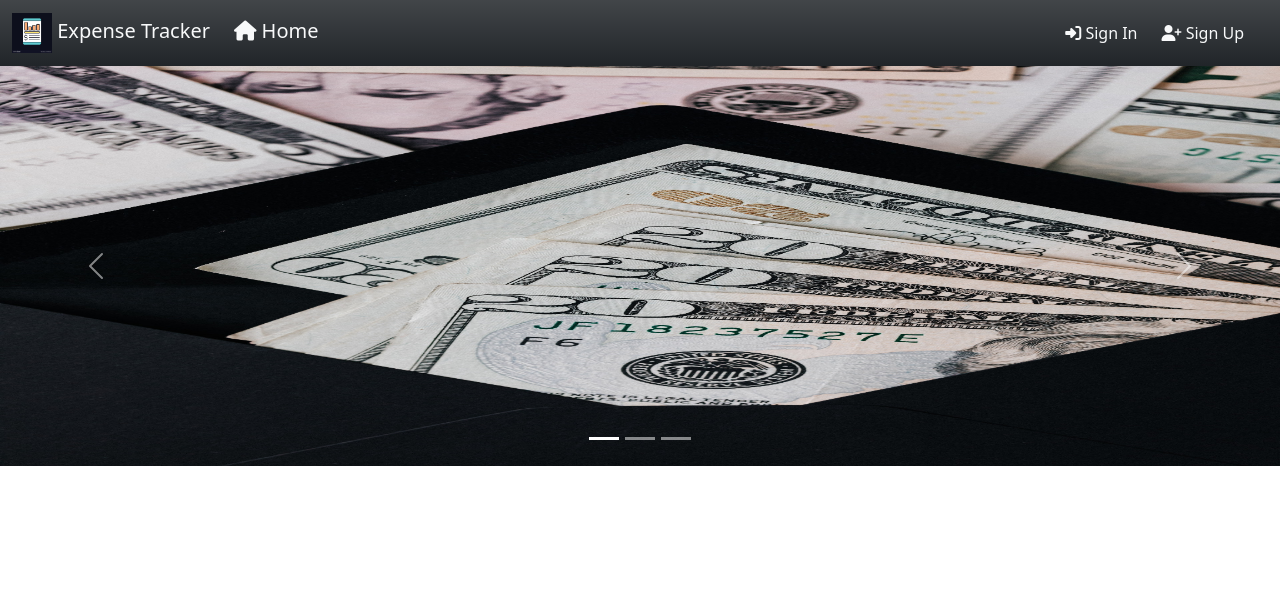
Repository: Gaurav560/OnlineExpenseTracker
Page: http://localhost/Online_Expense_Tracker/
The author's editor kept a copy of each file at every save. The page is drawn from the files as they stood at one save, then again after the next save.
The browser window is 1280 px wide. The pictures show the whole page.
The page is served by Tomcat 9. Other server files are loaded and not shown.

Above is the page before, as saved 2023-05-04 15:43:45.

### Online_Expense_Tracker/src/main/webapp/index.jsp
<%@ page language="java" contentType="text/html; charset=ISO-8859-1"
	pageEncoding="ISO-8859-1"%>
<!DOCTYPE html>
<html>
<head>
<meta charset="ISO-8859-1">
<title>Insert title here</title>
<%@include file="component/all_css.jsp"%>
</head>
<body>
	<!--NAVBAR starts here -->
	<%@include file="component/navbar.jsp"%>
	<!-- NAVBAR ends here -->


	<!-- CAROUSEL starts here  -->



	<div id="carouselExampleIndicators" class="carousel slide">
		<div class="carousel-indicators">
			<button type="button" data-bs-target="#carouselExampleIndicators"
				data-bs-slide-to="0" class="active" aria-current="true"
				aria-label="Slide 1"></button>
			<button type="button" data-bs-target="#carouselExampleIndicators"
				data-bs-slide-to="1" aria-label="Slide 2"></button>
			<button type="button" data-bs-target="#carouselExampleIndicators"
				data-bs-slide-to="2" aria-label="Slide 3"></button>
		</div>
		<div class="carousel-inner">
			<div class="carousel-item active">
				<img src="img/e1.jpg" class="d-block w-100" alt="..."  style="height:400px">
			</div>
			<div class="carousel-item">
				<img src="img/e2.jpg" class="d-block w-100" alt="..."  style="height:400px">
			</div>
			<div class="carousel-item">
				<img src="img/e3.jpg" class="d-block w-100" alt="..." style="height:400px">
			</div>
		</div>
		<button class="carousel-control-prev" type="button"
			data-bs-target="#carouselExampleIndicators" data-bs-slide="prev">
			<span class="carousel-control-prev-icon" aria-hidden="true"></span> <span
				class="visually-hidden">Previous</span>
		</button>
		<button class="carousel-control-next" type="button"
			data-bs-target="#carouselExampleIndicators" data-bs-slide="next">
			<span class="carousel-control-next-icon" aria-hidden="true"></span> <span
				class="visually-hidden">Next</span>
		</button>
	</div>
	<!-- CAROUSEL ends here  -->
</body>
</html>

### Online_Expense_Tracker/src/main/webapp/component/all_css.jsp
<!--css cdn   -->
<link
	href="https://cdn.jsdelivr.net/npm/bootstrap@5.3.0-alpha3/dist/css/bootstrap.min.css"
	rel="stylesheet"
	integrity="sha384-KK94CHFLLe+nY2dmCWGMq91rCGa5gtU4mk92HdvYe+M/SXH301p5ILy+dN9+nJOZ"
	crossorigin="anonymous">



<!-- font awesome cdn  -->

<link rel="stylesheet"
	href="https://cdnjs.cloudflare.com/ajax/libs/font-awesome/6.4.0/css/all.min.css"
	integrity="sha512-iecdLmaskl7CVkqkXNQ/ZH/XLlvWZOJyj7Yy7tcenmpD1ypASozpmT/E0iPtmFIB46ZmdtAc9eNBvH0H/ZpiBw=="
	crossorigin="anonymous" referrerpolicy="no-referrer" />



<!--  js cdn -->
	<script
		src="https://cdn.jsdelivr.net/npm/bootstrap@5.3.0-alpha3/dist/js/bootstrap.bundle.min.js"
		integrity="sha384-ENjdO4Dr2bkBIFxQpeoTz1HIcje39Wm4jDKdf19U8gI4ddQ3GYNS7NTKfAdVQSZe"
		crossorigin="anonymous"></script>

### Online_Expense_Tracker/src/main/webapp/component/navbar.jsp
<!--Navbar starts here  -->


	<nav class="navbar navbar-expand-lg bg-dark  bg-gradient">
		<div class="container-fluid">
			<a class="navbar-brand text-light" href="#"><img
				src="img/expenseTracker.jpg" style="height: 40px; width: 40px;">
				Expense Tracker</a>
			<button class="navbar-toggler" type="button"
				data-bs-toggle="collapse" data-bs-target="#navbarSupportedContent"
				aria-controls="navbarSupportedContent" aria-expanded="false"
				aria-label="Toggle navigation">
				<span class="navbar-toggler-icon"></span>
			</button>
			<div class="collapse navbar-collapse" id="navbarSupportedContent">

				<ul class="navbar-nav me-auto mb-2 mb-lg-0">
					<li class="nav-item"><a class="nav-link active text-light fs-5 mb-1"
						aria-current="page" href="index.jsp"><i class="fa-solid fa-house"></i>
							Home</a></li>

				</ul>


				<ul class="navbar-nav ms-auto mb-2 mb-lg-0 me-3">

					<li class="nav-item me-2"><a class="nav-link active text-light"
						href="login.jsp"><i class="fa-solid fa-right-to-bracket"></i> Sign In</a></li>


					<li class="nav-item "><a class="nav-link active text-light "
						href="register.jsp"><i class="fa-solid fa-user-plus"></i> Sign Up</a></li>

				</ul>


			</div>
		</div>
	</nav>
	<!-- Navbar ends here  -->

After the next save:
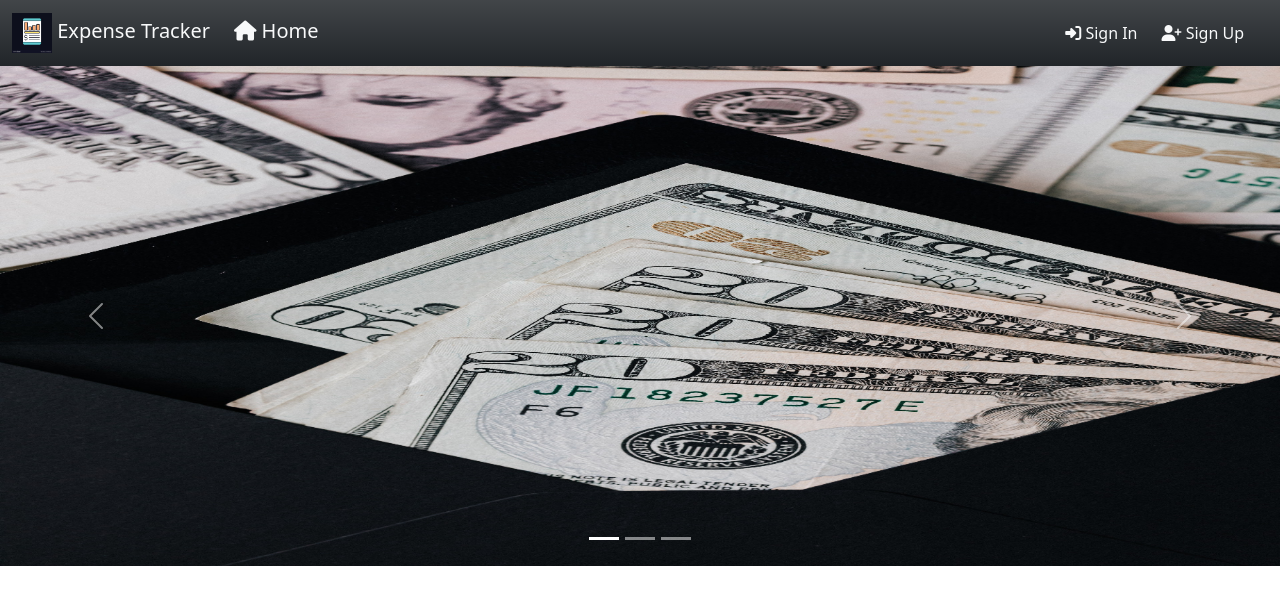
Saved 21 s later.
--- a/Online_Expense_Tracker/src/main/webapp/index.jsp
+++ b/Online_Expense_Tracker/src/main/webapp/index.jsp
@@ -29,13 +29,13 @@
 		</div>
 		<div class="carousel-inner">
 			<div class="carousel-item active">
-				<img src="img/e1.jpg" class="d-block w-100" alt="..."  style="height:400px">
+				<img src="img/e1.jpg" class="d-block w-100" alt="..."  style="height:500px">
 			</div>
 			<div class="carousel-item">
-				<img src="img/e2.jpg" class="d-block w-100" alt="..."  style="height:400px">
+				<img src="img/e2.jpg" class="d-block w-100" alt="..."  style="height:500px">
 			</div>
 			<div class="carousel-item">
-				<img src="img/e3.jpg" class="d-block w-100" alt="..." style="height:400px">
+				<img src="img/e3.jpg" class="d-block w-100" alt="..." style="height:500px">
 			</div>
 		</div>
 		<button class="carousel-control-prev" type="button"
